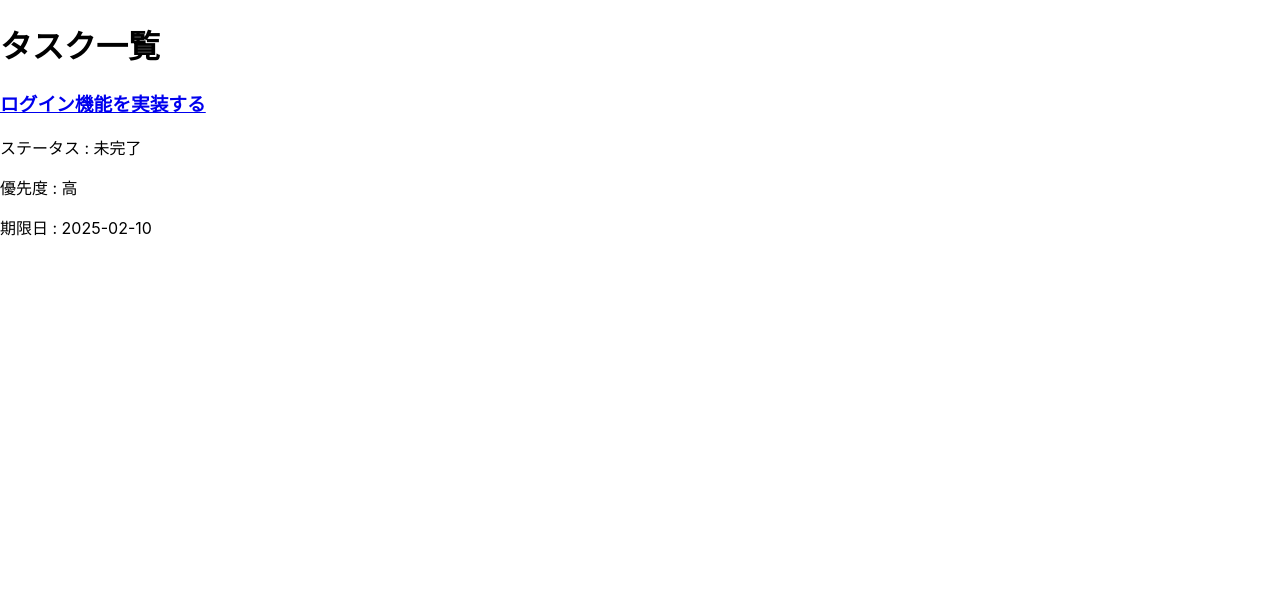
Repository: s1ros75/react-task-app
Page: /tasks
These files come from the project's save history. The page is drawn as it stood at one moment and after a run of saves; the edit follows.
The browser window is 1280 px wide. The pictures show the whole page.
The project was rebuilt for these pictures with package versions that can differ from the ones it lists, and the page was loaded fresh each time. Also part of the build but not shown: vite.config.ts, src/styles/home.module.css, src/pages/home/index.tsx.

Above is the page before, as saved 2026-01-16 00:19:21.

After the next 2 saves:
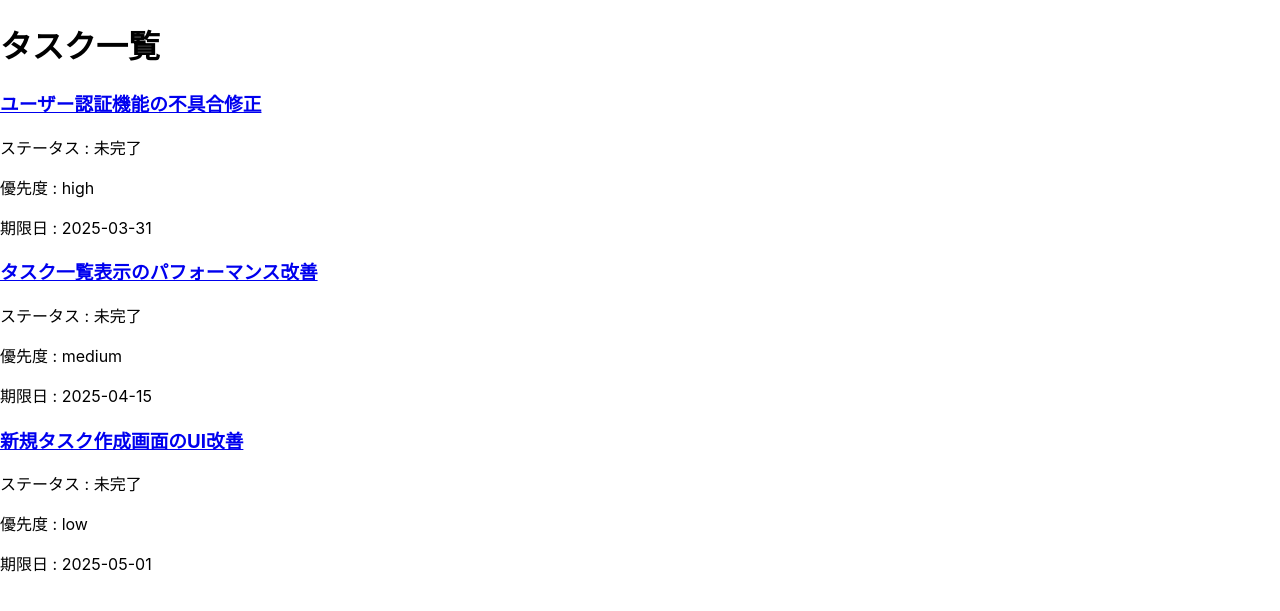
The 2 saves are shown as one change because they came seconds apart.
The last was saved 59 s later.
--- a/src/features/tasks/containers/TaskListContainer.tsx
+++ b/src/features/tasks/containers/TaskListContainer.tsx
@@ -1,16 +1,33 @@
+import { useEffect, useState } from "react";
 import { Link } from "react-router-dom";
+import { getTasks } from "../hooks/getTasks";
+import { Task } from "../../../types/task";
 
 export default function TaskListContainer() {
+  const [tasks, setTasks] = useState<Task[]>([]);
+
+  useEffect(() => {
+    const fetchTasks = async () => {
+      const fetchedTasks = await getTasks();
+      setTasks(fetchedTasks);
+    };
+    fetchTasks();
+  }, []);
+
   return (
     <div>
       <h1>タスク一覧</h1>
       <div>
-        <Link>
-          <h3>ログイン機能を実装する</h3>
-        </Link>
-        <p>ステータス : 未完了</p>
-        <p>優先度 : 高</p>
-        <p>期限日 : 2025-02-10</p>
+        {tasks.map((task) => (
+          <div key={task.id}>
+            <Link to={`/tasks/${task.id}`}>
+              <h3>{task.title}</h3>
+            </Link>
+            <p>ステータス : {task.status ? "完了" : "未完了"}</p>
+            <p>優先度 : {task.priority}</p>
+            <p>期限日 : {task.dueDate}</p>
+          </div>
+        ))}
       </div>
     </div>
   );
